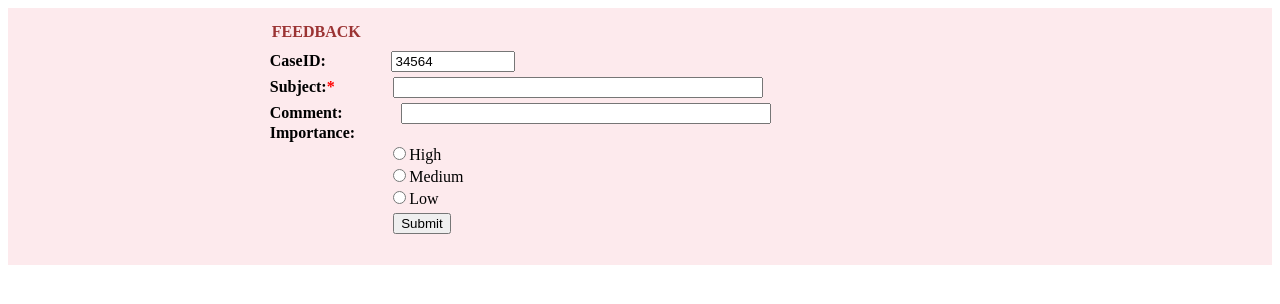
Repository: vRia4/INST728J-Victoria-Nathaniel
Page: Assignments/feedback.html
The author's editor kept a copy of each file at every save. The page is drawn from the files as they stood at one save, then again after a run of saves.
The browser window is 1280 px wide. The pictures show the whole page.

Above is the page before, as saved 2023-07-25 11:45:16.

After the next 2 saves:
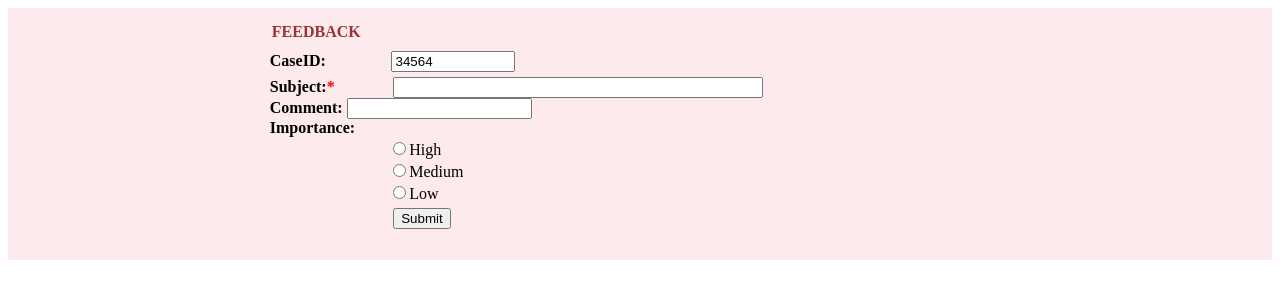
The 2 saves are shown as one change because they came seconds apart.
The last was saved 7 s later.
--- a/Assignments/feedback.html
+++ b/Assignments/feedback.html
@@ -62,7 +62,7 @@
 
             <!-- <div> -->
                 <label for="comment">Comment:</label>
-                <input type="class" placeholder=" "> </br>
+                <input type="comment" placeholder=" "> </br>
                 <!-- <textarea id="comment" name="comment" rows="10" cols="30"></textarea> </br> -->
             <!-- </div> -->
 
